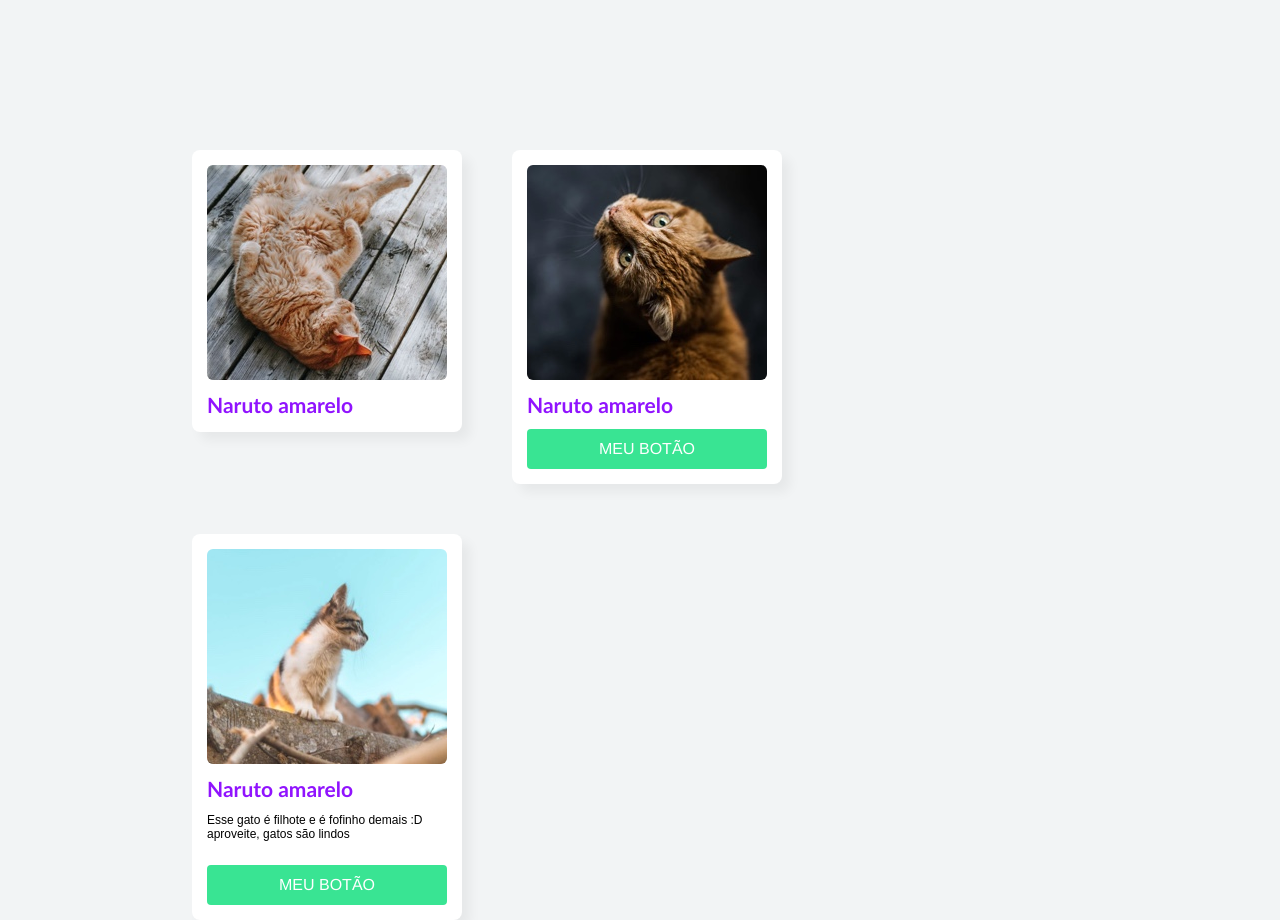
Repository: alessandradiamantino/Curso-Front-End-Design
Page: 1 - Introdução ao HTML e CSS/2 - Exercício CSS/01/codesignerspro-arquivos-exercicio-css-02/codesignerspro-arquivos-exercicio-css-02/index.html
These files come from the project's save history. The page is drawn as it stood at one moment and after the next save; the edit follows.
The browser window is 1280 px wide. The pictures show the whole page.

Above is the page before, as saved 2023-04-22 09:53:36.

### 1 - Introdução ao HTML e CSS/2 - Exercício CSS/01/codesignerspro-arquivos-exercicio-css-02/codesignerspro-arquivos-exercicio-css-02/index.html
<!DOCTYPE html>
<html lang="pt-br">

<head>
  <meta charset="UTF-8">
  <meta name="viewport" content="width=device-width, initial-scale=1.0">
  <meta http-equiv="X-UA-Compatible" content="ie=edge">
  <title>Exercício CSS 02</title>
  <link rel="stylesheet" type="text/css" href="css/style.css" />
</head>

<body>
  <main>
  <div class="card-container">
    <div class="card">
      <img src="images/gato-01.jpg"
        alt="gato deitado"
        title="gatinho"
        class="card-image"
      />
      <div class="card-body">
        <h1>Naruto amarelo</h1>
    </div>
  </div>
</div>

<div class="card-container">
  <div class="card">
    <img src="images/gato-02.jpg"
      alt="gato deitado"
      title="gatinho"
      class="card-image"
    />
    <div class="card-body">
      <h1>Naruto amarelo</h1>
  </div>
  <div class="card-footer">
   <a href="https://web.whatsapp.com/" class="btn">Meu Botão</a>
  </div>
</div>
</div>

<div class="card-container">
  <div class="card">
    <img src="images/gato-03.jpg"
      alt="gato deitado"
      title="gatinho"
      class="card-image"
    />
    <div class="card-body">
      <h1>Naruto amarelo</h1>
      <p>Esse gato é filhote e é fofinho demais :D aproveite, gatos são lindos</p>
  </div>
  <div class="card-footer">
   <a href="https://web.whatsapp.com/" class="btn">Meu Botão</a>
  </div>
</div>
</div>
  </main>
</body>

</html>

### 1 - Introdução ao HTML e CSS/2 - Exercício CSS/01/codesignerspro-arquivos-exercicio-css-02/codesignerspro-arquivos-exercicio-css-02/css/style.css
body{
  background-color: #f2f4f5;
  margin: 0;
}
main {
  width: 70%;
  display: table;
  margin: 100px auto 0 auto;
}

p{
  font-family: Arial, Helvetica, sans-serif;
  font-size: 12px;
  line-height: 14px;
  color:

}
.card-container {
  width: 270px;
  display: table;
  float: left;
  margin: 50px 50px 0 0;
}

.card {
  width: 100%;
  display: table;
  background-color: #fff;
  border-radius: 8px;
  box-shadow: 8px 8px 12px rgba(0, 0, 0, 0.05);
  padding: 15px;
  box-sizing: border-box;
}

.card .card-image {
  width: 100%;
  max-width: 100%;
  height: auto;
  border-radius: 6px;
  display: block;
}

.card .card-body {
  width: 100%;
  display: table;
  margin-top: 13px;
}

.card .card-body h1 {
  font-family:'Gill Sans', 'Gill Sans MT', Calibri, 'Trebuchet MS', sans-serif;
  font-size: 21px;
  font-weight: 800;
  line-height: 24px;
  color: #9013fe;
  margin: 0;
}

.card .card-footer {
  width: 100%;
  display: table;
}

.card .card-footer .btn {
  width: 100%;
}
/* botões */

.btn {
  width: auto;
  height: 40px;
  display: inline-block;
  background-color: #39e493;
  color: #fff;
  font-family:'Franklin Gothic Medium', 'Arial Narrow', Arial, sans-serif;
  font-size: 16px;
  text-transform: uppercase;
  line-height: 40px;
  text-decoration: none;
  text-align: center;
  border-radius: 2px;
  margin-top: 12px;
  padding: 0 30px;
  border-radius: 4px;
  box-sizing: border-box;
}

After the next save:
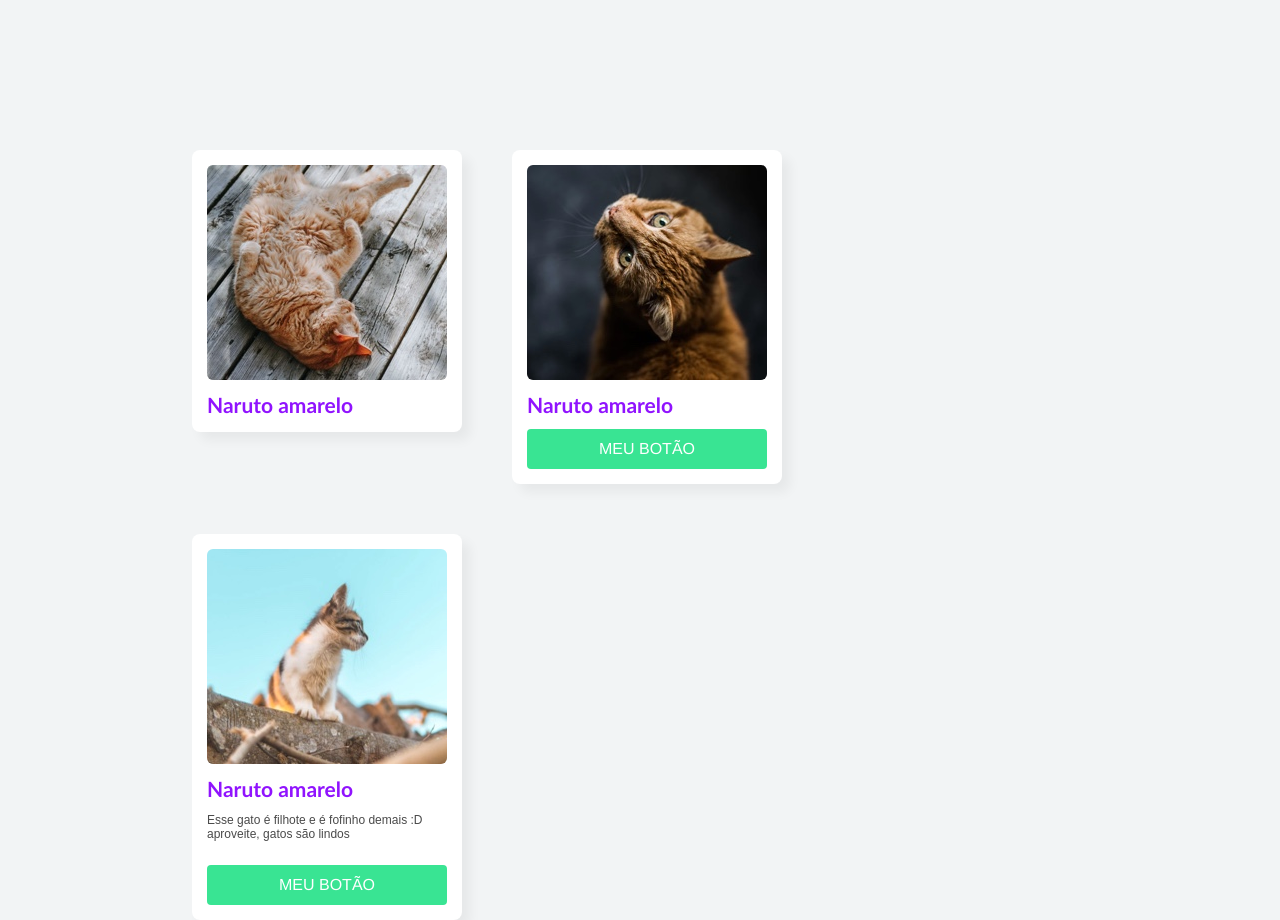
Saved 4 s later.
--- a/1 - Introdução ao HTML e CSS/2 - Exercício CSS/01/codesignerspro-arquivos-exercicio-css-02/codesignerspro-arquivos-exercicio-css-02/css/style.css
+++ b/1 - Introdução ao HTML e CSS/2 - Exercício CSS/01/codesignerspro-arquivos-exercicio-css-02/codesignerspro-arquivos-exercicio-css-02/css/style.css
@@ -12,7 +12,7 @@ p{
   font-family: Arial, Helvetica, sans-serif;
   font-size: 12px;
   line-height: 14px;
-  color:
+  color: #4a4a4a;
 
 }
 .card-container {
